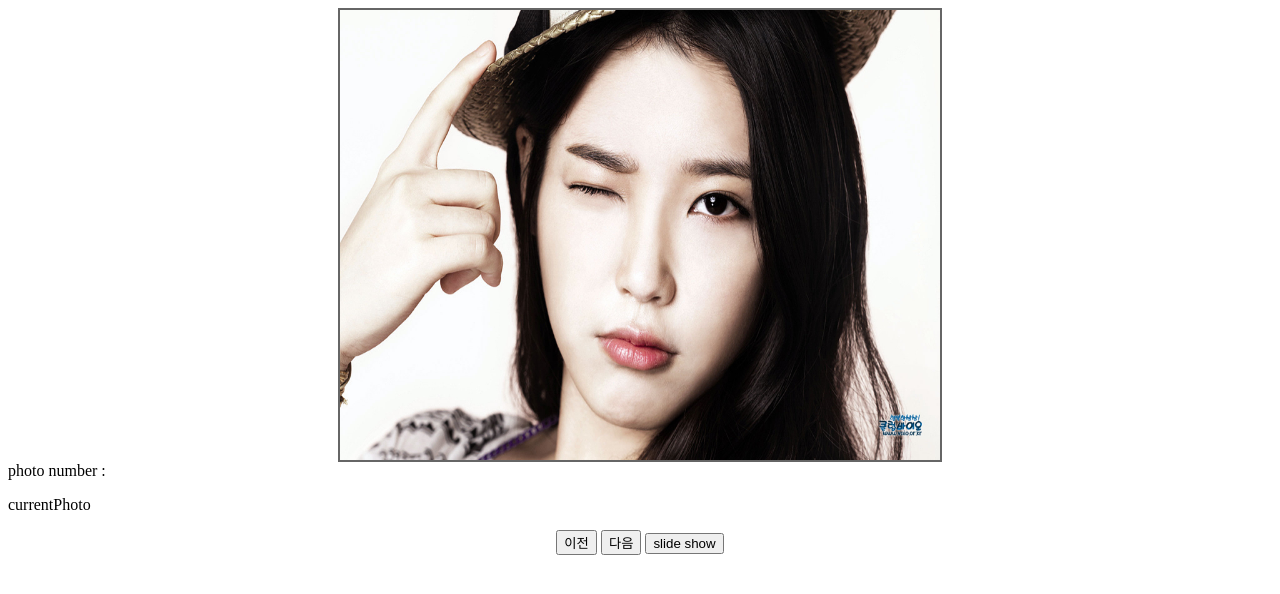
Repository: bluegony/spring_study
Page: jquerytest/src/main/webapp/jquery7.html
An editor plug-in stored every save of this project. The page is shown before and after the next save, followed by the edit.
The browser window is 1280 px wide. The pictures show the whole page.
Some web libraries are served in a nearby version.

Above is the page before, as saved 2013-09-04 08:42:49.

After the next save:
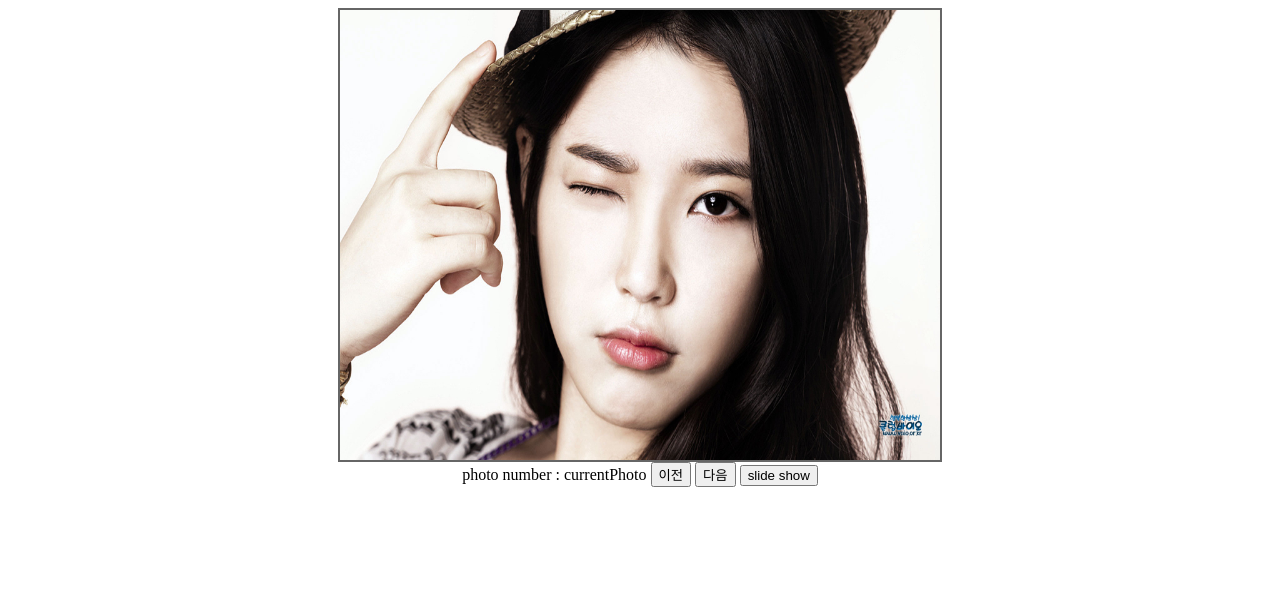
Saved 34 s later.
--- a/jquerytest/src/main/webapp/jquery7.html
+++ b/jquerytest/src/main/webapp/jquery7.html
@@ -103,8 +103,8 @@
 		<img src="slides/loading.jpg">
 	</div>
 
-photo number : <p id=photoNum>currentPhoto</p>
 	<div id="control">
+photo number : <span id=photoNum>currentPhoto</span>
 		<input type="button" id="prevBtn" value="이전">
 		 <input type="button" id="nextBtn" value="다음">
 		 <input type="button" id="slideShow" value="slide show">
